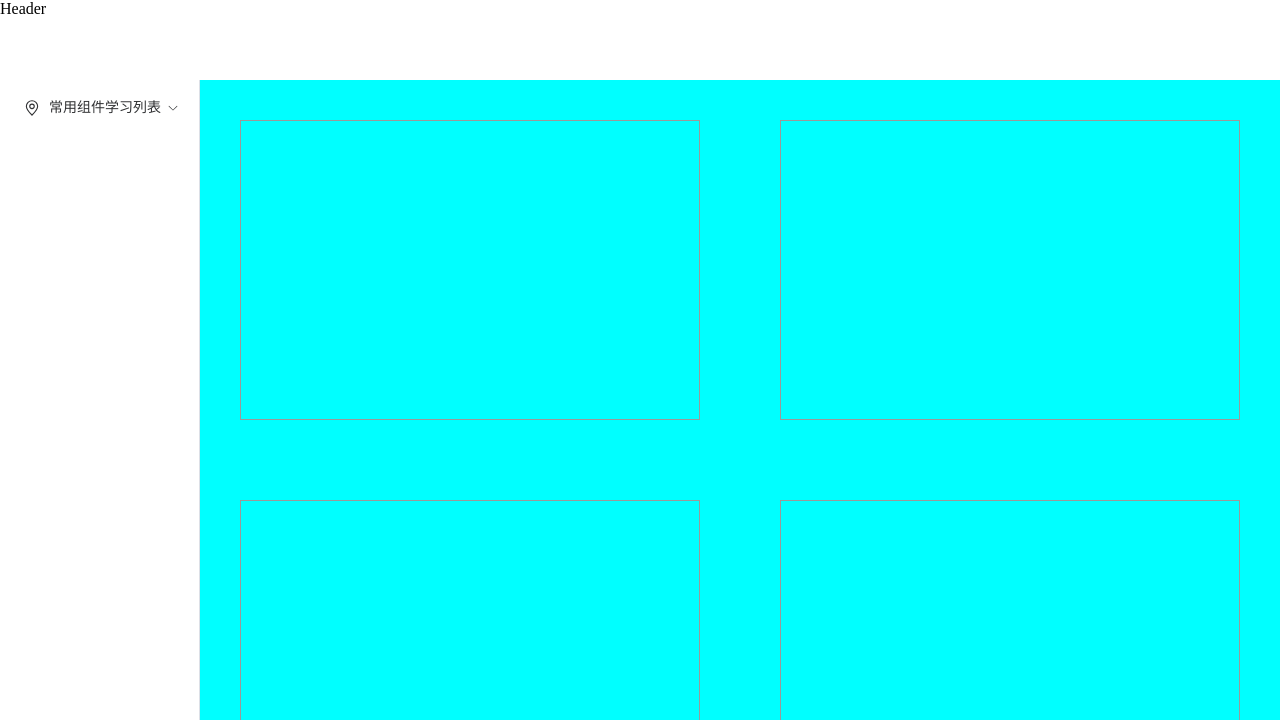
Repository: 553559555/vue3-project
Page: /#/index (app in vue3-app/)
The author's editor kept a copy of each file at every save. The page is drawn from the files as they stood at one save, then again after the next save.
The browser window is 1280 px wide. The pictures show the whole page.
An inner scrolling area shows only its first screen. The project was rebuilt for these pictures with package versions that can differ from the ones it lists, and the page was loaded fresh each time. Also part of the build but not shown: vue3-app/vite.config.ts.

Above is the page before, as saved 2025-03-24 11:01:26.

### vue3-app/src/main.ts
import { createApp } from 'vue'
import ElementPlus from 'element-plus'
import 'element-plus/dist/index.css'
import router from './router'
import pinia from './stores'
import './style.css'
import App from './App.vue'

const app = createApp(App)
app.use(ElementPlus)
app.use(router)
app.use(pinia)

app.mount('#app')

### vue3-app/src/router/index.ts
import { createRouter, createWebHashHistory, createWebHistory } from 'vue-router'
import type { RouteRecordRaw } from 'vue-router'

const routes: Array<RouteRecordRaw> = [
  {
    path: '/',
    name: 'Login',
    component: () => import('../views/login.vue')
  },
  {
    path: '/index',
    name: 'index',
    component: () => import('../views/index.vue'),
    children: [
      {
        path: '',
        name: 'Home',
        component: () => import('../views/Home.vue')
      },
      {
        path: '/about',
        name: 'About',
        component: () => import('../views/About.vue')
      }
    ]
  }

]

const router = createRouter({
  history: createWebHashHistory(),
  routes
})

export default router

### vue3-app/src/stores/index.ts
import { createPinia } from 'pinia'

const pinia = createPinia()

export default pinia

### vue3-app/src/style.css
/* CSS 重置 */
* {
  margin: 0;
  padding: 0;
  box-sizing: border-box;
}

### vue3-app/src/App.vue
<script setup lang="ts">
import { RouterView } from 'vue-router'
</script>

<template>
    <router-view />
</template>

### vue3-app/src/views/index.vue
<template>
    <div>
        <el-header>Header</el-header>
        <el-container>
            <el-aside width="200px">
                <home-left />
            </el-aside>
            <el-main>
                <router-view>
                </router-view>
            </el-main>
        </el-container>
    </div>
</template>

<script setup>

import { RouterView } from 'vue-router'
import HomeLeft from './components/home-left.vue'

</script>



<style scoped lang="scss">
div {
    width: 100vw;
    height: 100vh;
    box-sizing: border-box;

    .el-header {
        height: 80px;
        padding: 0;
    }


    .el-container {
        height: calc(100vh - 80px);
    }

    .el-main {
        margin: 0px;
        padding: 0px;
        width: 100%;
        height: 100%;
    }
}
</style>

### vue3-app/src/views/Home.vue
<template>
  <div class="home-container">
    <el-row class="row">
      <el-col :span="12">
        <div class="grid-content" />
      </el-col>
      <el-col :span="12">
        <div class="grid-content" />
      </el-col>
    </el-row>

    <el-row class="row">
      <el-col :span="12">
        <div class="grid-content" />
      </el-col>
      <el-col :span="12">
        <div class="grid-content" />
      </el-col>
    </el-row>

  </div>
</template>

<script lang="ts" setup>

</script>

<style scoped lang="scss">
.home-container {
  width: 100%;
  height: 100%;
  background-color: aqua;

  .row {
    min-height: 200px;

    .el-col {

      .grid-content {
        margin: 40px;
        border: solid 1px #999;
        height: 300px;
      }

    }
  }
}
</style>

### vue3-app/src/views/components/home-left.vue
<template>
    <div class="home-left-container">
        <el-menu default-active="2" class="el-menu-vertical-demo" @open="handleOpen" @close="handleClose"
            @select="handleSelect">
            <el-sub-menu v-for="(items, index) in listData" :index="items.name" :key="index">
                <template #title>
                    <el-icon>
                        <location />
                    </el-icon>
                    <span>{{ items.name }}</span>
                </template>
                <el-menu-item v-for="(item, index) in items.children" :index="item.name" :key="index">
                    <el-icon>
                        <location />
                    </el-icon>
                    <span>{{ item.name }}</span>
                </el-menu-item>
            </el-sub-menu>
        </el-menu>
    </div>
</template>

<script setup>
import { Location } from "@element-plus/icons-vue";

import { reactive, ref } from "vue";
const listData = reactive([
    {
        name: "常用组件学习列表",
        children: [
            {
                name: 'button'
            },
            {
                name: 'input'
            }
        ],
    },
]);
const isCollapse = ref(true);
const handleOpen = (key, keyPath) => {
    console.log(key, keyPath);
};
const handleClose = (key, keyPath) => {
    console.log(key, keyPath);
};

const handleSelect = (key, keyPath) => {
    console.log(key, keyPath);
};
</script>

<style scoped lang="scss">
.home-left-container {
    height: 100%;
    width: 100%;
    background-color: #fff;

    .el-menu-vertical-demo:not(.el-menu--collapse) {
        width: 200px;
        min-height: 100%;
    }
}
</style>

Loaded but not shown: vue3-app/index.html (common file)

After the next save:
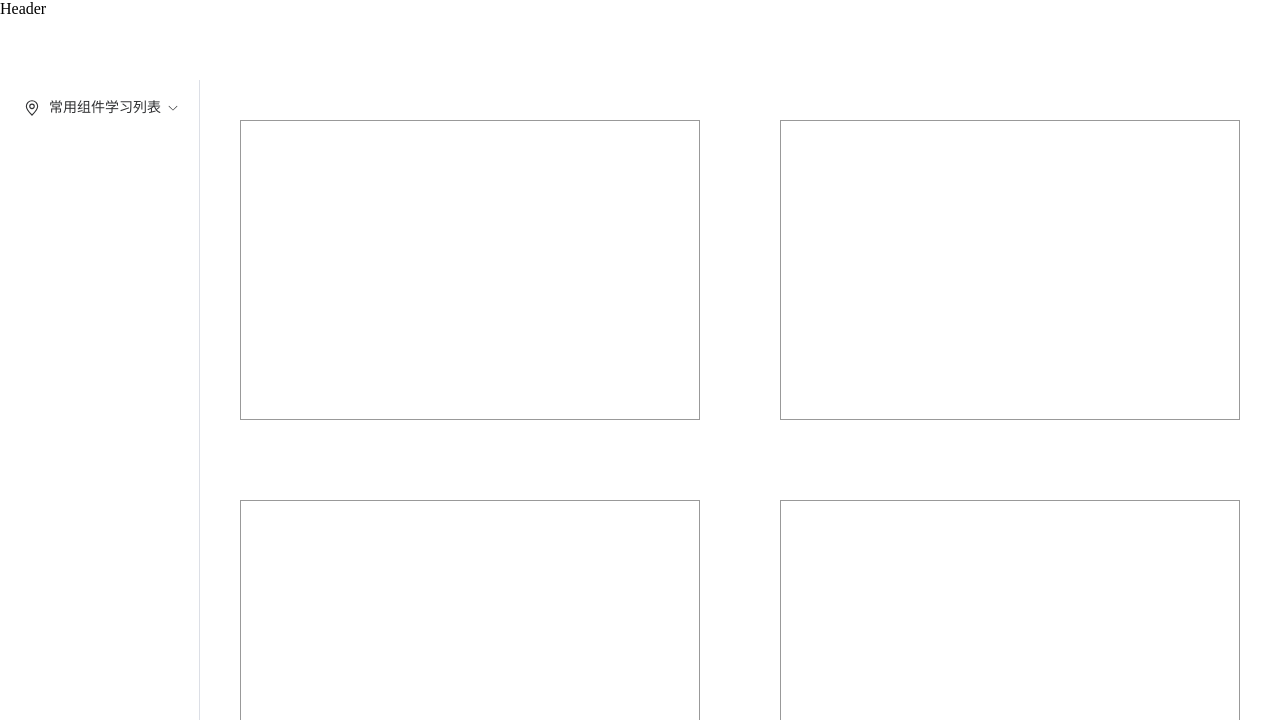
Saved 14 s later.
--- a/vue3-app/src/views/Home.vue
+++ b/vue3-app/src/views/Home.vue
@@ -29,7 +29,6 @@
 .home-container {
   width: 100%;
   height: 100%;
-  background-color: aqua;
 
   .row {
     min-height: 200px;
